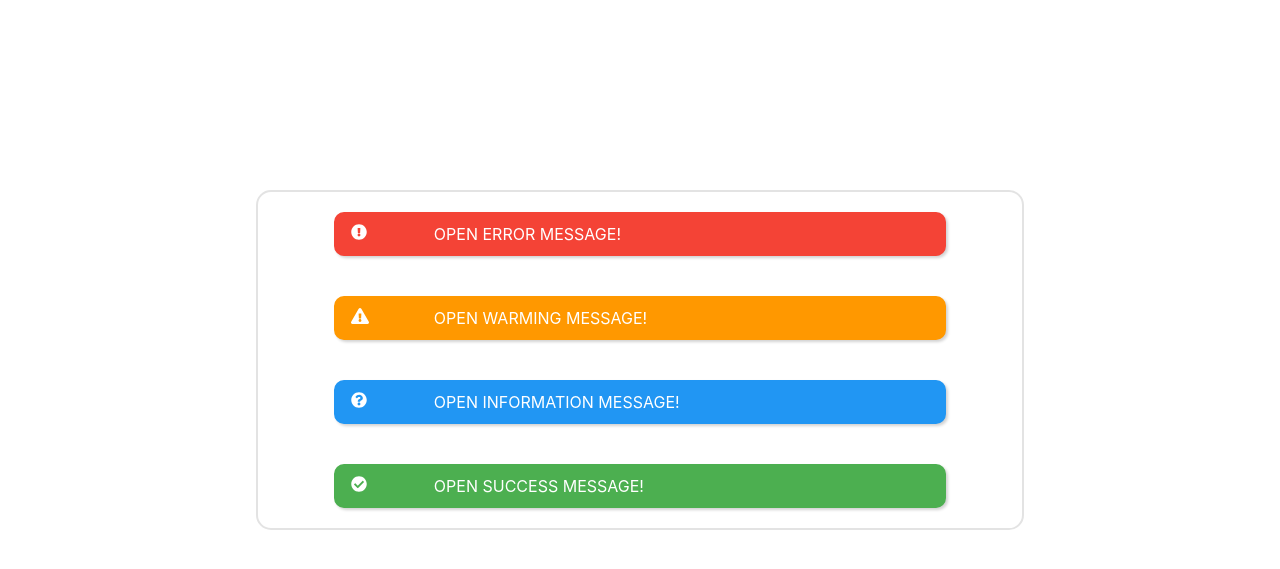
Repository: KrzysKolo/sr_tydzien5_zad2
Page: /
The author's editor kept a copy of each file at every save. The page is drawn from the files as they stood at one save, then again after the next save.
The browser window is 1280 px wide. The pictures show the whole page.
The project was rebuilt for these pictures with package versions that can differ from the ones it lists, and the page was loaded fresh each time.

Above is the page before, as saved 2020-12-21 18:25:03.

### public/index.html
<!DOCTYPE html>
<html lang="en">
  <head>
    <meta charset="utf-8" />
    <link rel="icon" href="%PUBLIC_URL%/favicon.ico" />
    <meta name="viewport" content="width=device-width, initial-scale=1" />
    <meta name="theme-color" content="#000000" />
    <meta
      name="description"
      content="Web site created using create-react-app"
    />
    <link rel="apple-touch-icon" href="%PUBLIC_URL%/logo192.png" />
    <!--
      manifest.json provides metadata used when your web app is installed on a
      user's mobile device or desktop. See https://developers.google.com/web/fundamentals/web-app-manifest/
    -->
    <link rel="manifest" href="%PUBLIC_URL%/manifest.json" />
    <!--
      Notice the use of %PUBLIC_URL% in the tags above.
      It will be replaced with the URL of the `public` folder during the build.
      Only files inside the `public` folder can be referenced from the HTML.

      Unlike "/favicon.ico" or "favicon.ico", "%PUBLIC_URL%/favicon.ico" will
      work correctly both with client-side routing and a non-root public URL.
      Learn how to configure a non-root public URL by running `npm run build`.
    -->
    <title>Zad 2 - snackbar</title>
  </head>
  <body>
    <noscript>You need to enable JavaScript to run this app.</noscript>
    <div id="root"></div>
    <!--
      This HTML file is a template.
      If you open it directly in the browser, you will see an empty page.

      You can add webfonts, meta tags, or analytics to this file.
      The build step will place the bundled scripts into the <body> tag.

      To begin the development, run `npm start` or `yarn start`.
      To create a production bundle, use `npm run build` or `yarn build`.
    -->
  </body>
</html>

### src/App.js
import React from 'react';
import Buttons from './components/Buttons';
import './App.css';
const App = () => {
  return (
    <div className="wrapper--btn">
      <Buttons />
    </div>
  )
}

export default App;

### src/components/Buttons.js
import React from 'react';
import ButtonsData from './../data/ButtonsData';
import Button from './Button';

const Buttons = () => {
    return (
        <>
            {ButtonsData.map(button =>
                <Button key={button.id} data={button} />
            )}
        </>
    )
}

export default Buttons;

### src/App.css
* {
  box-sizing: border-box;
  margin: 0;
  position: relative;
}
body {
  width: 100vw;
  height: 100vh;
  display: flex;
  flex-direction: row;
  justify-content: center;
  align-items: center;
}
.wrapper--btn {
  border: 2px solid #e3e3e3;
  border-radius: 15px;
  width: 60vw;
  display: flex;
  flex-direction: column;
  justify-content: center;
  align-items: center;
}
.btn {
  border-radius: 10px;
  color: rgb(240, 239, 244);
  cursor: pointer;
  padding: 10px 15px;
  margin: 20px;
  width: 80%;
  display: grid;
  grid-template-columns: 0.5fr 3fr;
  box-shadow: 2px 2px 3px rgb(210, 210, 210);
}

### src/data/ButtonsData.js
const ButtonsData = [
    {
      id: 0,
      name: "OPEN ERROR MESSAGE!",
      event: "handleClickError",
      color: "rgb(244, 67, 54)",
      icon: "faExclamationCircle"
    },
    {
      id: 1,
      name: "OPEN WARMING MESSAGE!",
      event: "handleClickWarming",
      color: "rgb(255, 152, 0)",
      icon: "faExclamationTriangle",
    },
    {
      id: 2,
      name: "OPEN INFORMATION MESSAGE!",
      event: "handleClickInformation",
      color: "rgb(33, 150, 243)",
      icon: "faQuestionCircle",
    },
    {
      id: 3,
      name: "OPEN SUCCESS MESSAGE!",
      event: "handleClickSuccess",
      color: "rgb(76, 175, 80)",
      icon: "faCheckCircle",
    },

  ]
 export default ButtonsData;

### src/components/Button.js
import React, { useState } from 'react';
import Icons from './Icons';

const Button = ({ data} ) => {
    const [isHovered, setIsHovered] = useState(false);
    const unhoveredStyle = {
        border: `2px solid ${data.color}`,
        background: data.color,
        color: "#fff",

      };

      const hoveredStyle = {
        border: `2px solid ${data.color}`,
        backgroundColor: "#fff",
        color: data.color,

      };
    return (
        <div className="btn"
        onClick={data.event}
        style={isHovered ? hoveredStyle : unhoveredStyle
              }
        onMouseOver={() => setIsHovered(true)}
        onMouseLeave={() => setIsHovered(false)}>
            <Icons icon={data.icon}/>
             {data.name}
        </div>
    )
}

export default Button;

### src/components/Icons.js
import React from 'react';
import { FontAwesomeIcon } from '@fortawesome/react-fontawesome';
import { faCheckCircle, faQuestionCircle, faExclamationTriangle, faExclamationCircle } from '@fortawesome/free-solid-svg-icons';

const Icons = ({icon}) => {

        switch (icon) {
            case 'faExclamationCircle': return <FontAwesomeIcon icon={faExclamationCircle} />;
            case 'faExclamationTriangle': return <FontAwesomeIcon icon={faExclamationTriangle} />;
            case 'faQuestionCircle': return <FontAwesomeIcon icon={faQuestionCircle} />;
            case 'faCheckCircle': return <FontAwesomeIcon icon={faCheckCircle} />;
            default: return null;
            }



}

export default Icons;

Loaded but not shown: src/index.js (common file); src/index.css (common file)

After the next save:
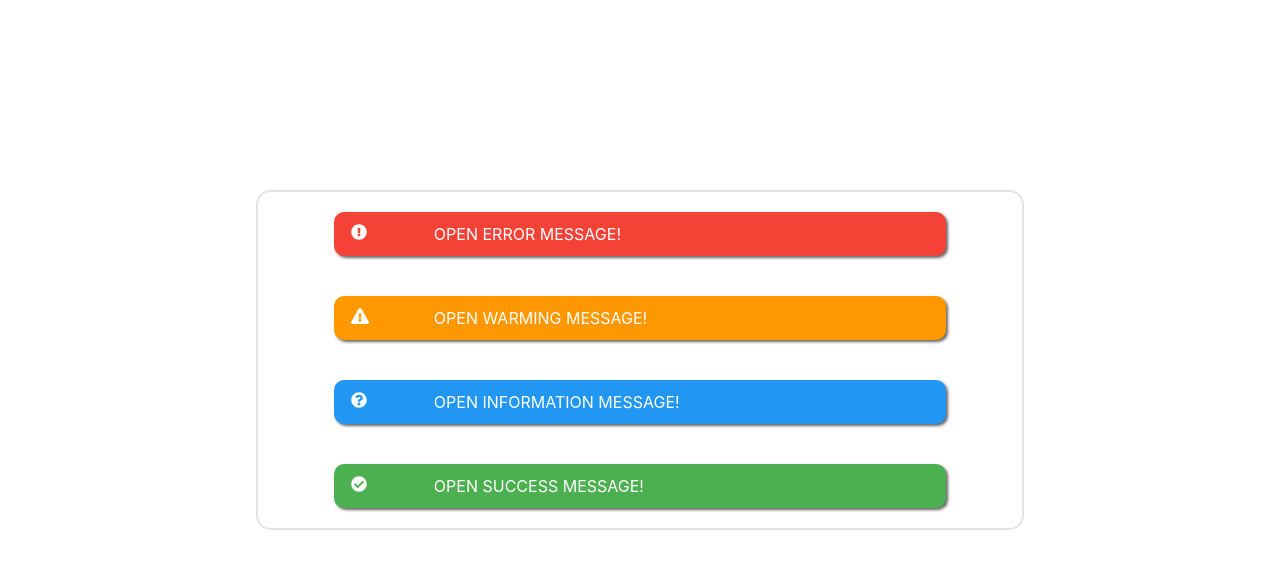
Saved 32 s later.
--- a/src/App.css
+++ b/src/App.css
@@ -29,5 +29,5 @@ body {
   width: 80%;
   display: grid;
   grid-template-columns: 0.5fr 3fr;
-  box-shadow: 2px 2px 3px rgb(210, 210, 210);
+  box-shadow: 2px 2px 3px rgb(102, 102, 102);
 }
